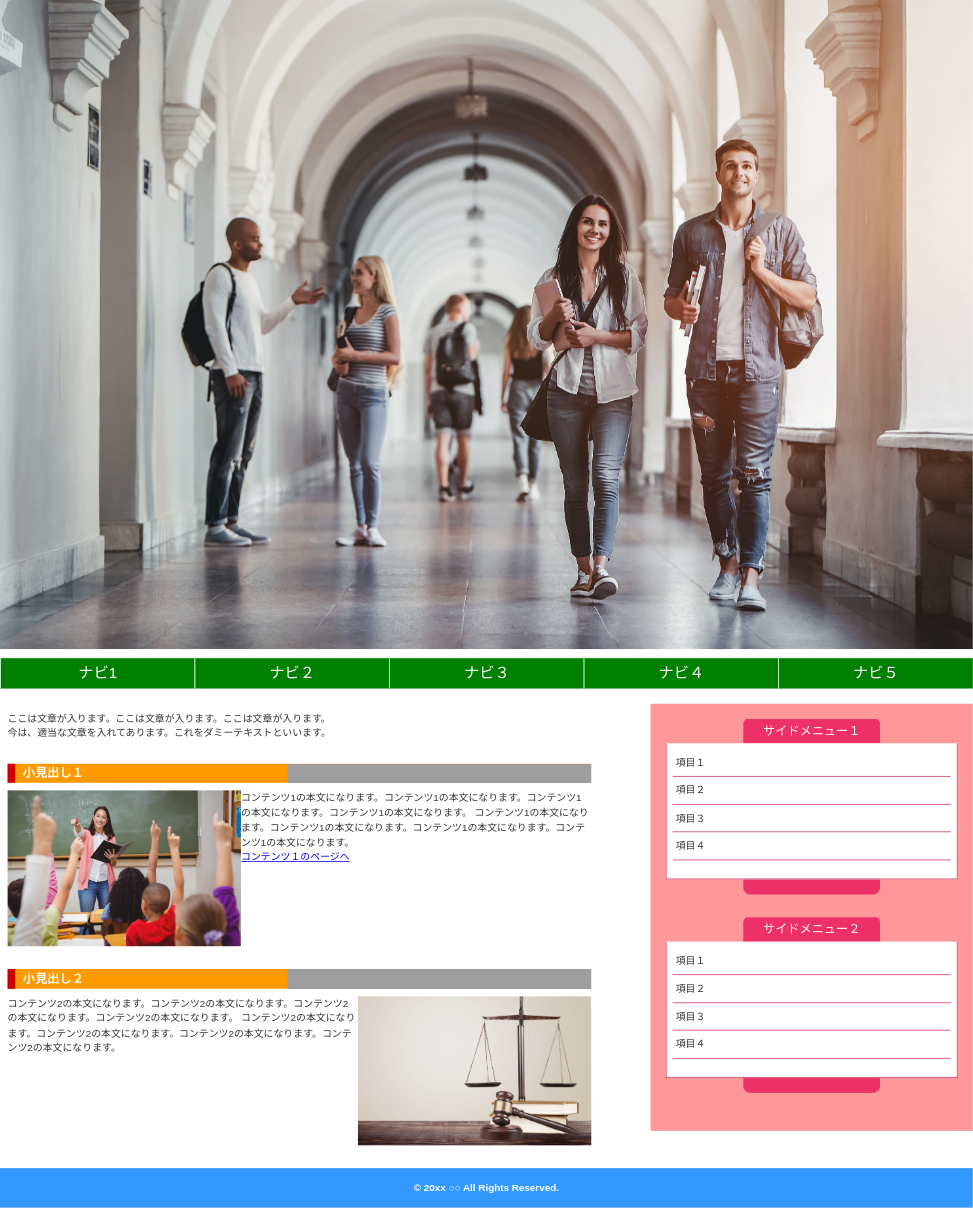
Repository: daichi-python/samurai_HTML_CSS
Page: HTML_lesson/home.html
The author's editor kept a record of every edit. The page is drawn from the files as they stood at one moment, then again after the next edit.
The browser window is 1280 px wide. The pictures show the whole page, at 76% of full size.
The pointer rests on the first visible `#side .box .boxBody ul li`.
Pictures or frames that could not be fetched are drawn as grey boxes.

Above is the page before.

After the next edit:
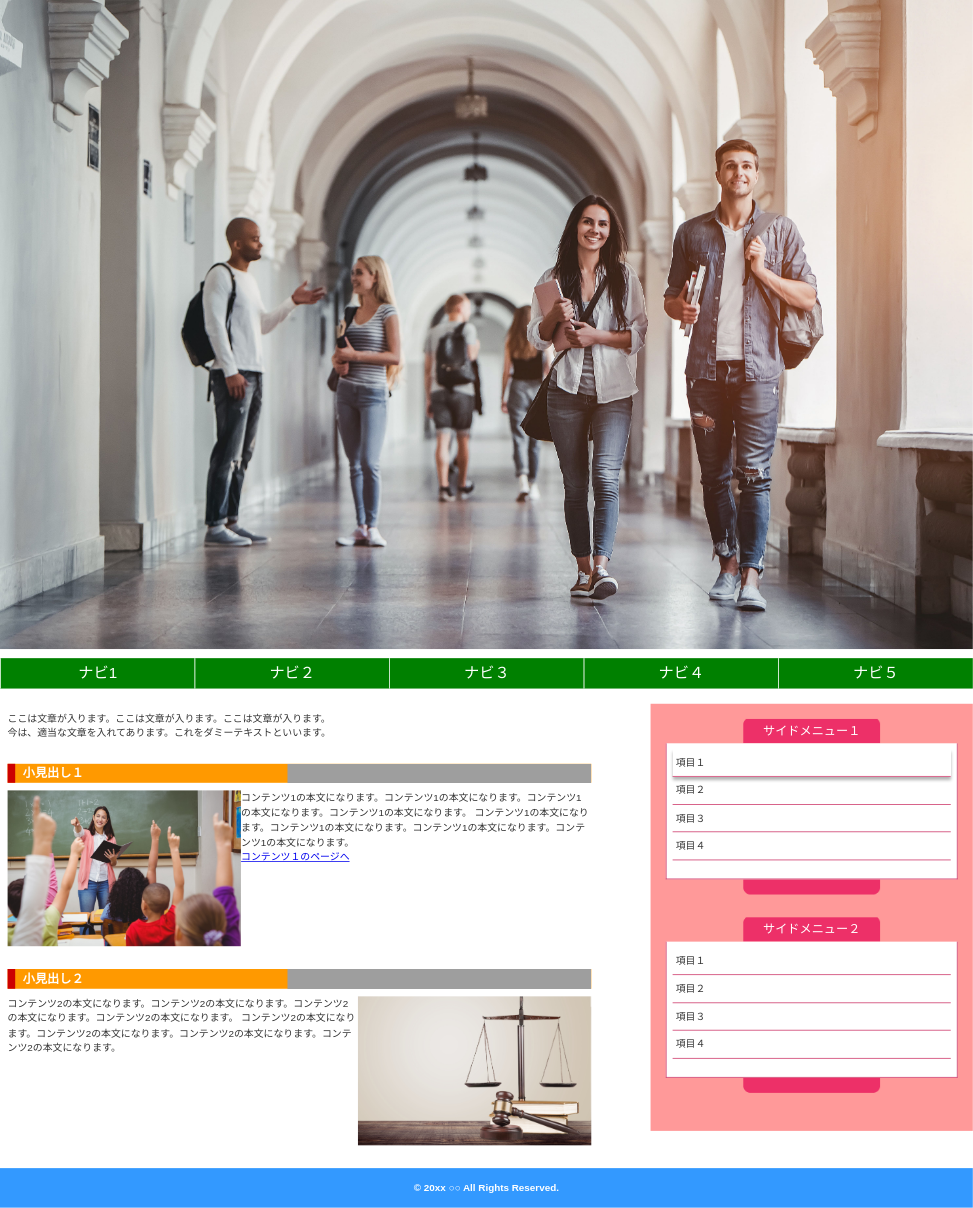
The edit:
--- a/HTML_lesson/stylesheet.css
+++ b/HTML_lesson/stylesheet.css
@@ -178,3 +178,10 @@
     list-style: none;
     border-bottom: solid 1px #C36;
 }
+
+#side .box .boxBody ul li:hover {
+    padding: 8px 0 8px 4px;
+    list-style: none;
+    border-bottom: solid 1px #C36;
+    box-shadow: 0px 4px 4px rgba(0, 0, 0, 0.3)
+}
